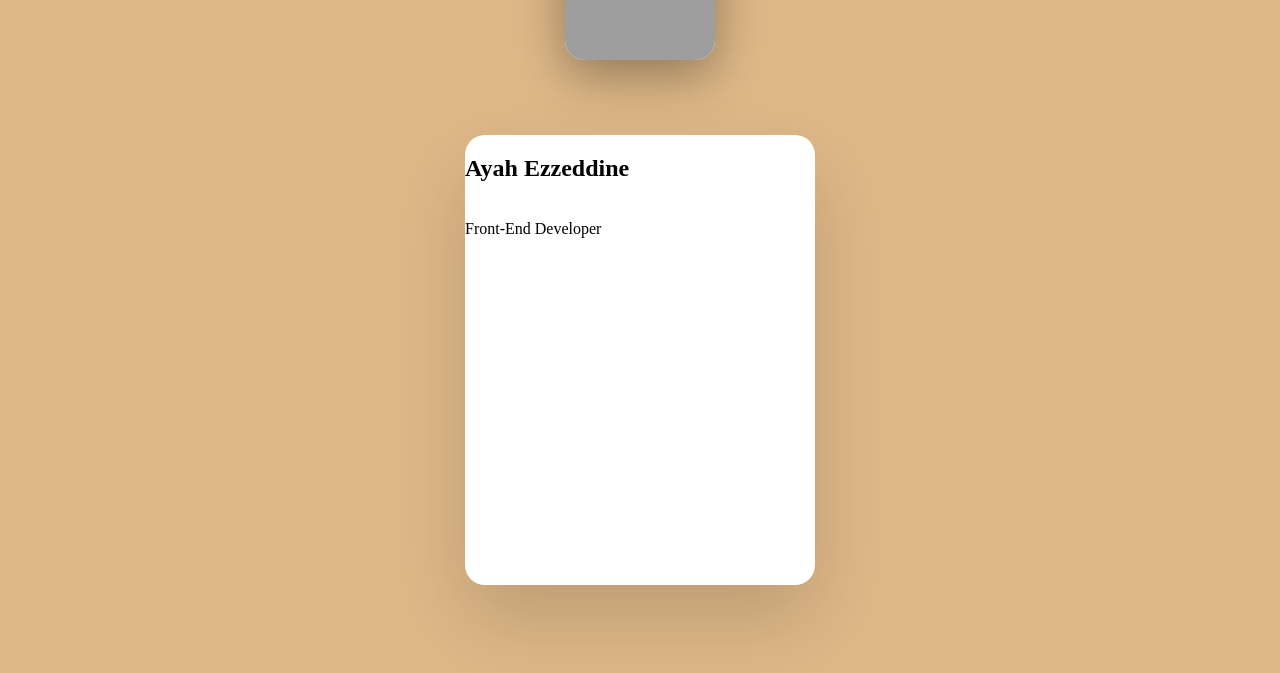
Repository: ayah1996/Github-Profiles
Page: index.html
An editor plug-in stored every save of this project. The page is shown before and after the next save, followed by the edit.
The browser window is 1280 px wide. The pictures show the whole page.
Pictures or frames that could not be fetched are drawn as grey boxes. The page's requests for data from a server got no answer.

Above is the page before, as saved 2023-01-26 14:06:25.

### index.html
<!DOCTYPE html>
<html lang="en">
  <head>
    <meta charset="UTF-8" />
    <meta http-equiv="X-UA-Compatible" content="IE=edge" />
    <meta name="viewport" content="width=device-width, initial-scale=1.0" />
    <link rel="stylesheet" href="style.css" />
    <script src="script.js" defer></script>
    <title>Github Profile</title>
  </head>
  <body>
    <!-- <form id="form">
      <input type="text" id="search" placeholder="Search A Github User ..." />
    </form> -->
    <main id="main">
      <div class="card">
        <div class="imgBox">
          <img src="unnamed.jpg" alt="profile Image" />
        </div>
        <div class="content">
          <div class="details">
            <h2>Ayah Ezzeddine</h2>
            <br /><span> Front-End Developer </span>
          </div>
        </div>
      </div>
    </main>
  </body>
</html>

### style.css
* {
  box-sizing: border-box;
}

body {
  margin: 0;
}

#main {
  display: flex;
  justify-content: center;
  align-items: center;
  min-height: 100vh;
  background-color: burlywood;
}

.card {
  position: relative;
  width: 350px;
  /* height: 190px; */
  height: 450px;
  background-color: #fff;
  border-radius: 20px;
  box-shadow: 0 35px 80px rgba(0, 0, 0, 0.15);
  transition: 0.5s;
}

.card:hover {
  height: 450px;
}

.imgBox {
  position: absolute;
  left: 50%;
  top: -50%;
  transform: translateX(-50%);
  width: 150px;
  height: 150px;
  background-color: #fff;
  border-radius: 20px;
  box-shadow: 0 15px 50px rgba(0, 0, 0, 0.35);
  overflow: hidden;
  transition: 0.5s;
}
.card:hover .imgBox {
  width: 250px;
  height: 250px;
}
.imgBox img {
  position: absolute;
  top: 0;
  left: 0;
  width: 100%;
  height: 100%;
  -o-object-fit: cover;
  object-fit: cover;
}

### script.js
const APIURL = "https://api.github.com/users/";

const main = document.getElementById("main");
const form = document.getElementById("form");
const search = document.getElementById("search");

getUser("ayah1996");

async function getUser(username) {
  const response = await fetch(APIURL + username);
  const data = await response.json();

  createUserCard(data);
  getRepos(username);
}

async function getRepos(username) {
  const response = await fetch(APIURL + username + "/repos");
  const data = await response.json();

  addReposToCard(data);
}

function createUserCard(user) {
  const cardHTML = ``;
}

After the next save:
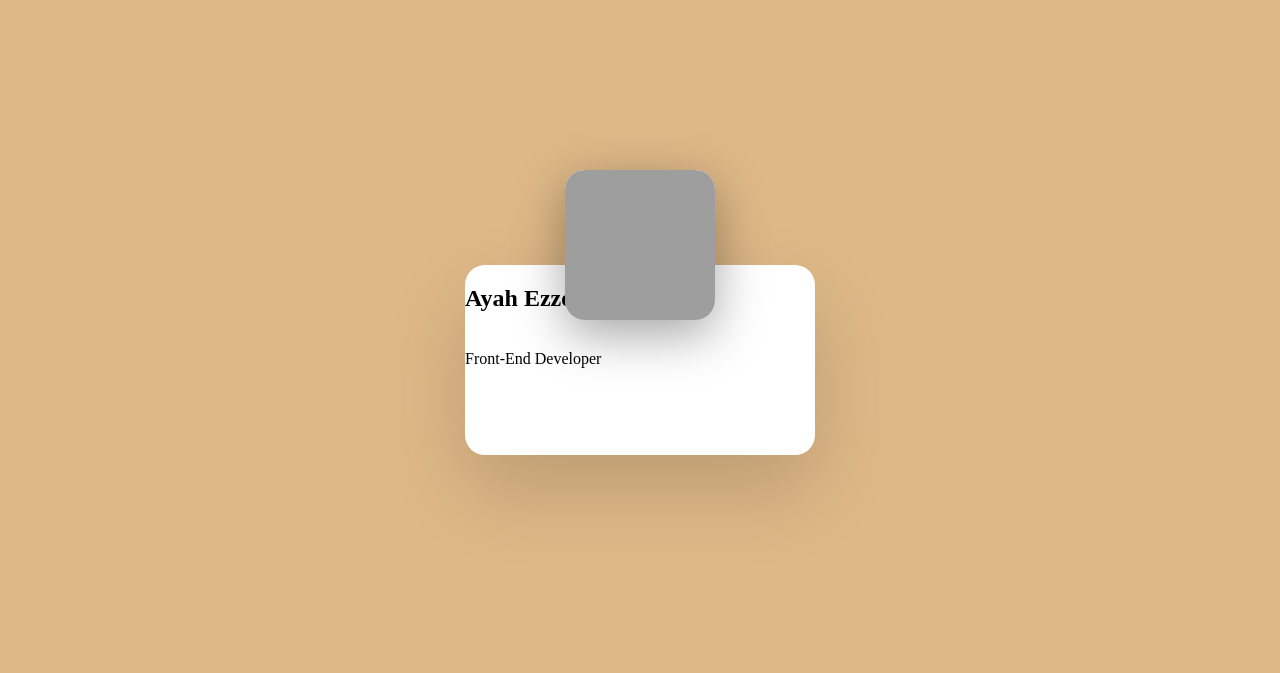
Saved 6 min 24 s later.
--- a/style.css
+++ b/style.css
@@ -17,8 +17,8 @@ body {
 .card {
   position: relative;
   width: 350px;
-  /* height: 190px; */
-  height: 450px;
+  height: 190px;
+  /* height: 450px; */
   background-color: #fff;
   border-radius: 20px;
   box-shadow: 0 35px 80px rgba(0, 0, 0, 0.15);
